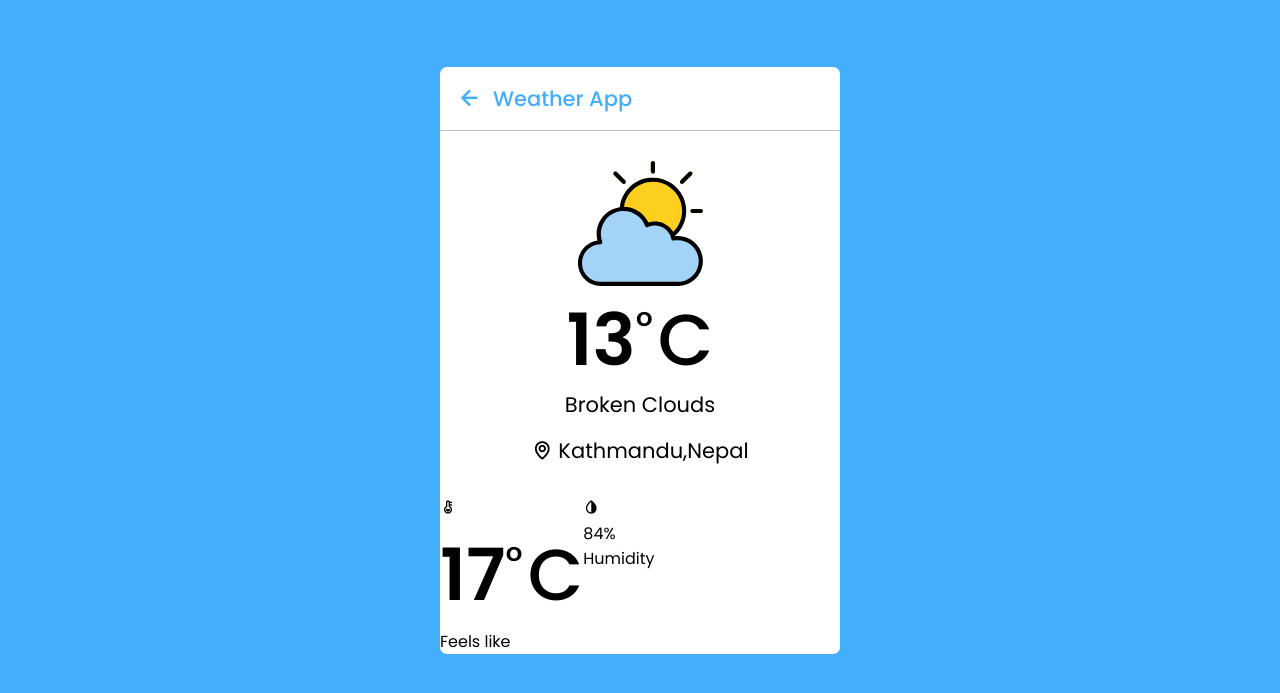
Repository: long13820/Weather-App-HTML-CSS-Javascript
Page: index.html
An editor plug-in stored every save of this project. The page is shown before and after the next save, followed by the edit.
The browser window is 1280 px wide. The pictures show the whole page.

Above is the page before, as saved 2021-09-02 11:30:44.

After the next save:
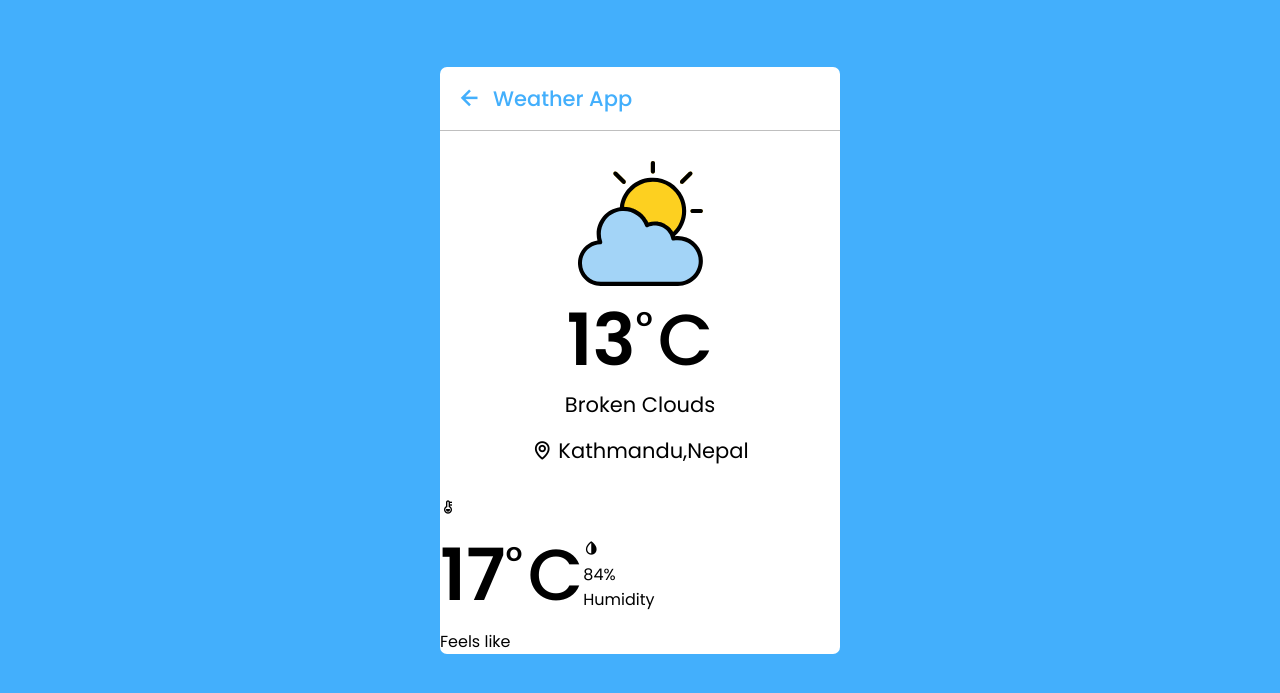
Saved 4 s later.
--- a/style.css
+++ b/style.css
@@ -135,5 +135,6 @@ header i{
 .weather-part .bottom-details{
     width: 100%;
     display: flex;
-    ali
+    align-items: center;
+
 }
